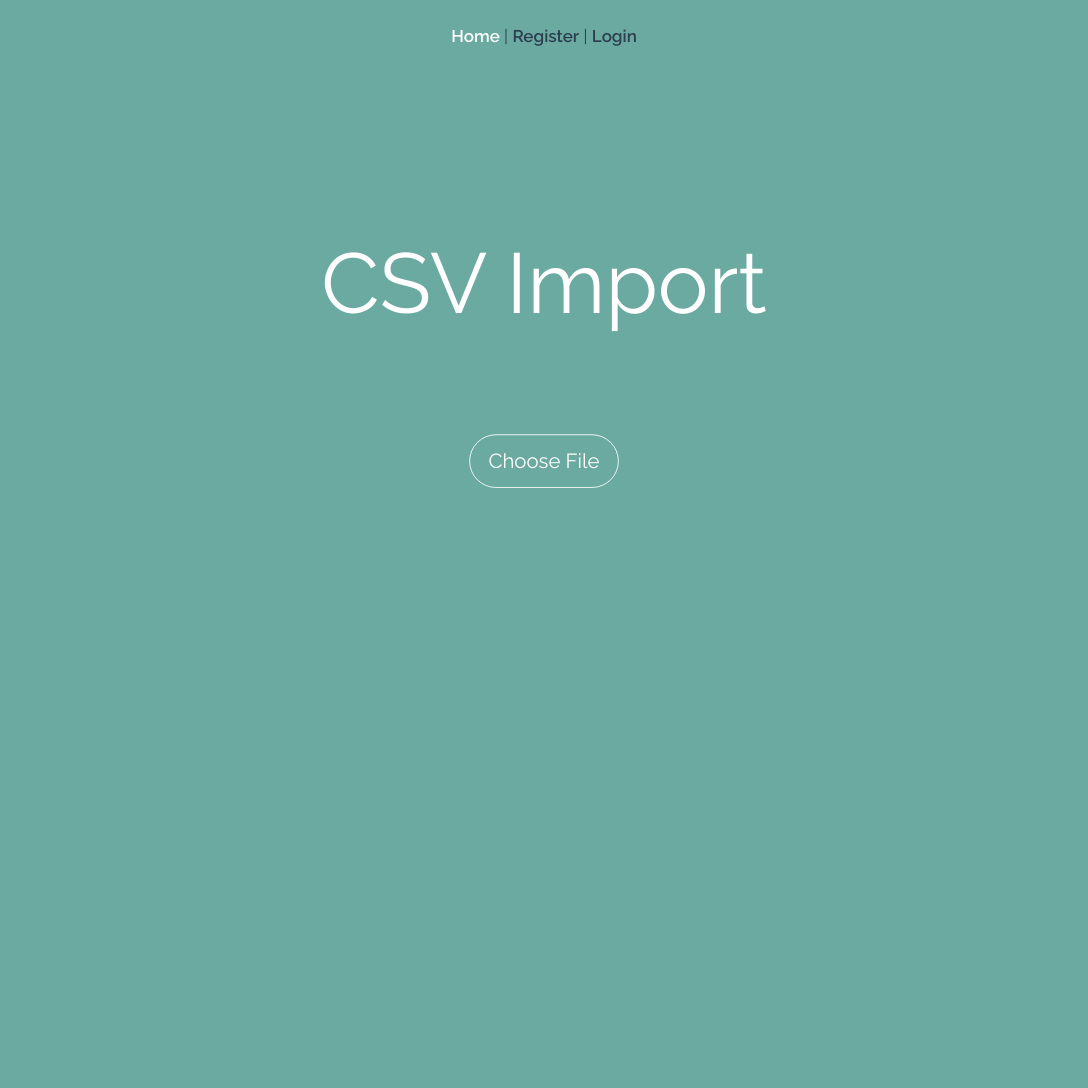
Repository: Flypr/licentaCSV
Page: /
An editor plug-in stored every save of this project. The page is shown before and after the next save, followed by the edit.
The browser window is 1280 px wide. The pictures show the whole page, at 85% of full size.
The project was rebuilt for these pictures with package versions that can differ from the ones it lists, and the page was loaded fresh each time.

Above is the page before, as saved 2021-03-16 18:20:53.

After the next save:
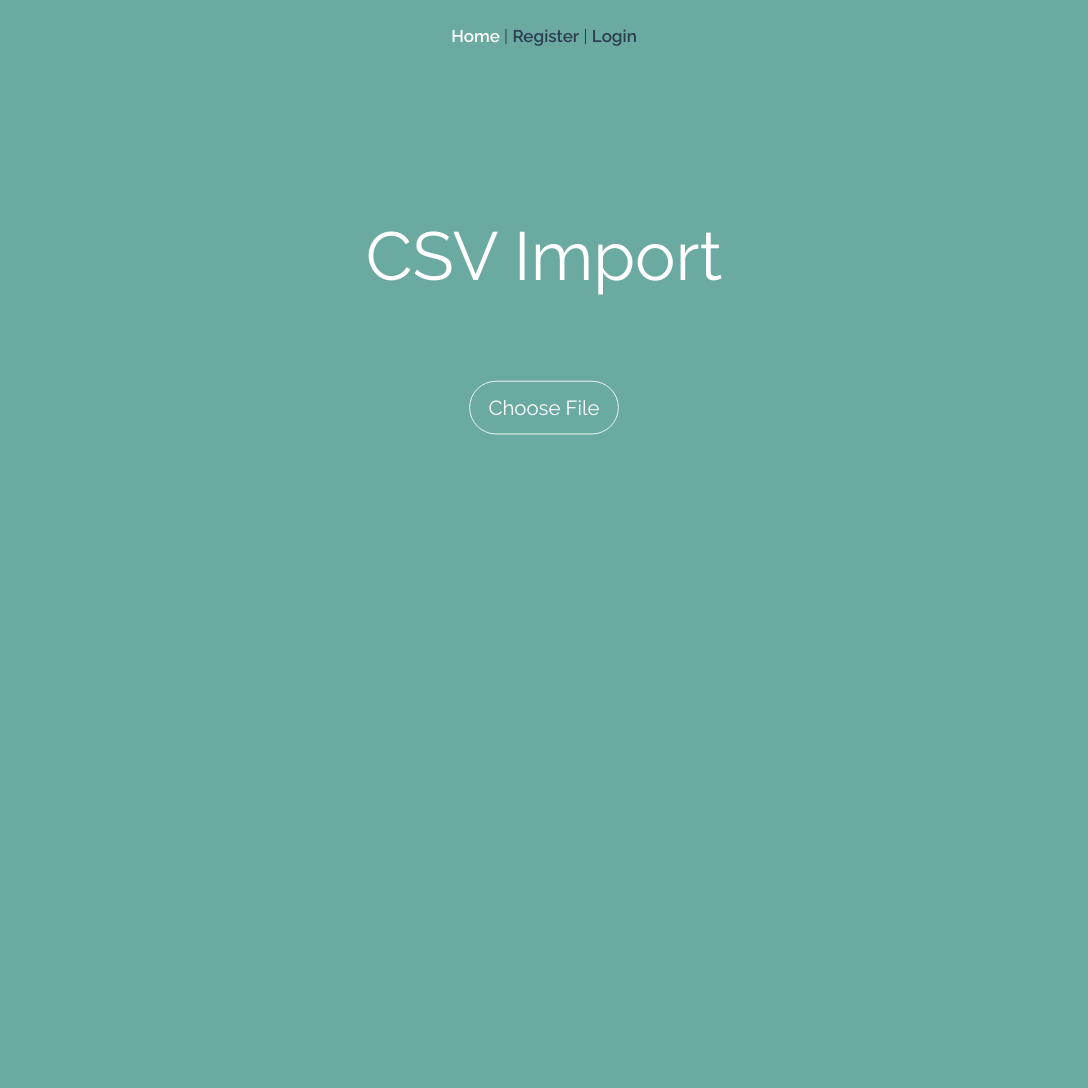
Saved 5 s later.
--- a/src/views/Home.vue
+++ b/src/views/Home.vue
@@ -128,7 +128,7 @@ body {
 
 .title-text {
     padding-top: 7%;
-    font-size: 500%;
+    font-size: 400%;
     font-weight: 400;
     text-align: center;
     color: #fff;
